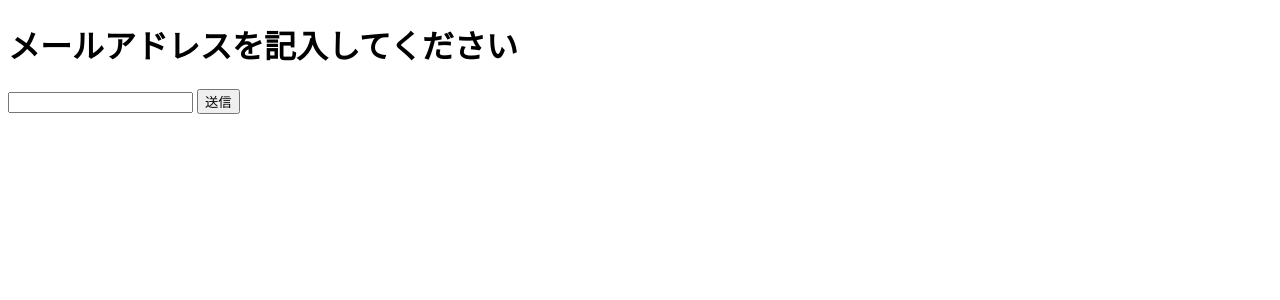
Repository: ryosuke-yamoto/BBS
Page: http://localhost/BBS_yamoto/View/Signup/mail_send.php
These files come from the project's save history. The page is drawn as it stood at one moment and after the next save; the edit follows.
The browser window is 1280 px wide. The pictures show the whole page.
The page is run by PHP 8.4 with error messages shown; the project is at /var/www/html/.

Above is the page before, as saved 2020-05-19 07:53:43.

### View/Signup/mail_send.php
<?php

session_start();

//クロスサイトリクエストフォージェリ（CSRF）対策
$_SESSION["token"] = base64_encode(openssl_random_pseudo_bytes(16));
$token = $_SESSION["token"];

?>

<!DOCTYPE html>
<html lang="ja">
<head>
  <meta charset="UTF-8">
  <meta name="viewport" content="width=device-width, initial-scale=1.0">
  <meta http-equiv="X-UA-Compatible" content="ie=edge">
  <title>メール送信</title>
</head>
<body>
  <div>
    <h1>メールアドレスを記入してください</h1>
    <form action="../../Controller/mail_send.php" method="POST">
      <input type="text" name="mail">
      <input type="hidden" name="token" value="<?=$token?>">
      <button type="submit" >送信</button>
    </form>
  </div>
</body>
</html>

After the next save:
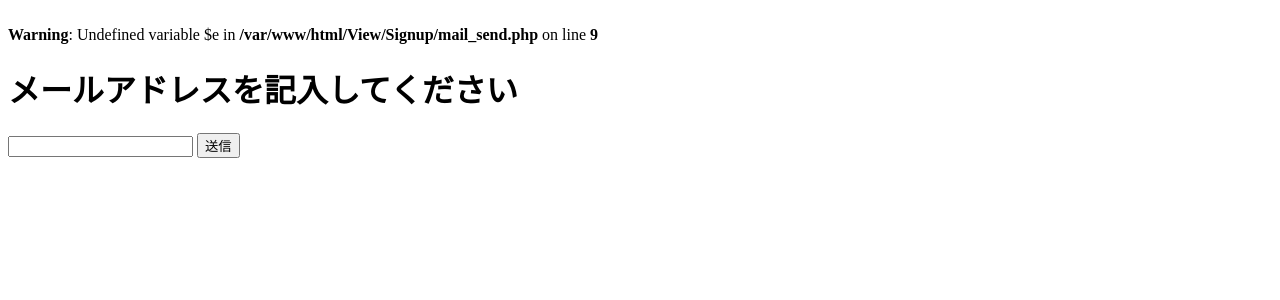
Saved 29 s later.
--- a/View/Signup/mail_send.php
+++ b/View/Signup/mail_send.php
@@ -5,6 +5,8 @@ session_start();
 //クロスサイトリクエストフォージェリ（CSRF）対策
 $_SESSION["token"] = base64_encode(openssl_random_pseudo_bytes(16));
 $token = $_SESSION["token"];
+
+echo $e;
 
 ?>
 
